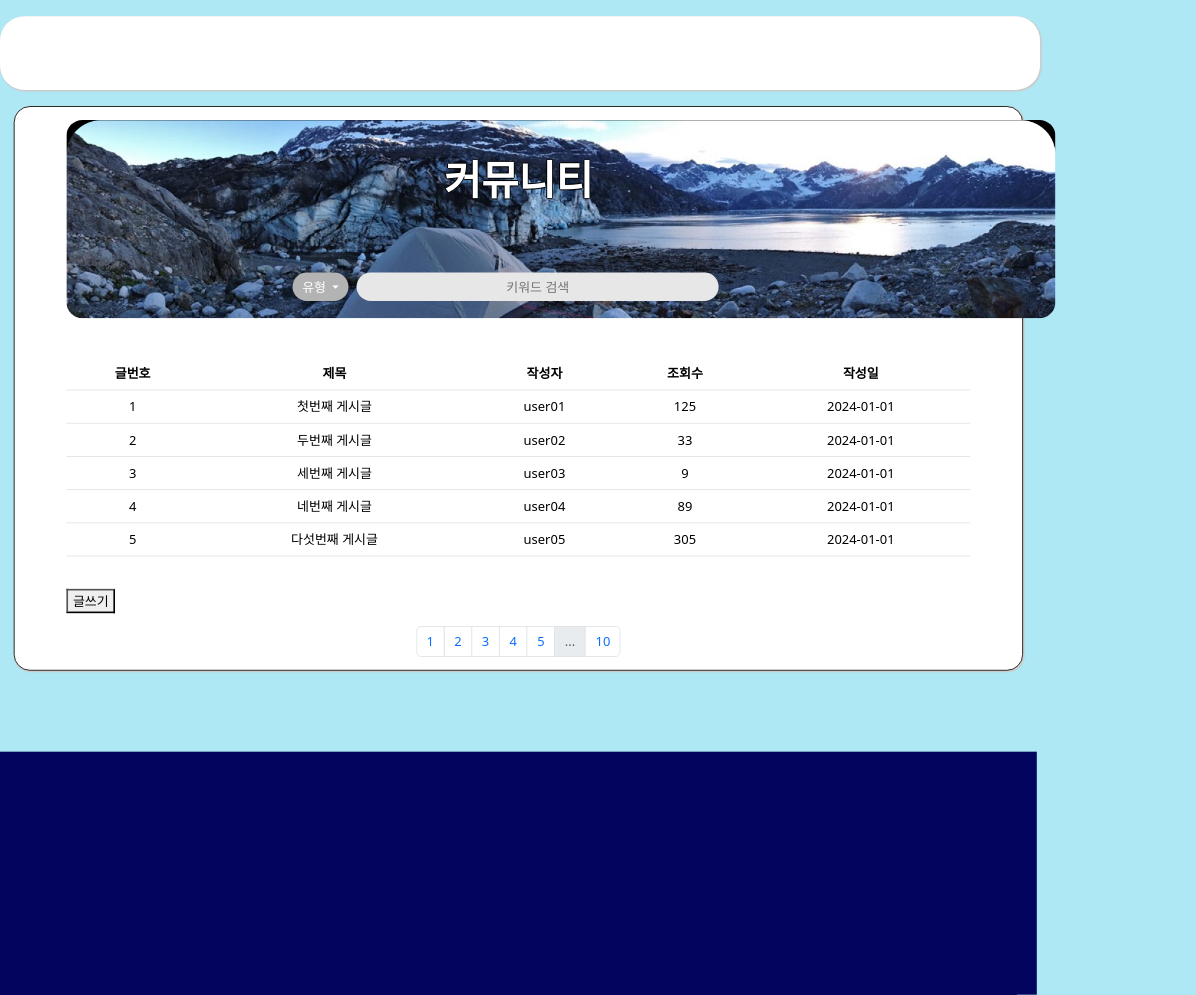
Repository: KimMJ0964/jsp
Page: http://localhost/Trafi/views/community/communityMain.jsp
An editor plug-in stored every save of this project. The page is shown before and after the next save, followed by the edit.
The browser window is 1280 px wide. The page is 1477 px wide, so the pictures cover 1477 px, including what lies to the right of the window. The pictures show the whole page, at 81% of full size.
The page is served by Tomcat 9.

Above is the page before, as saved 2024-09-19 08:06:31.

After the next save:
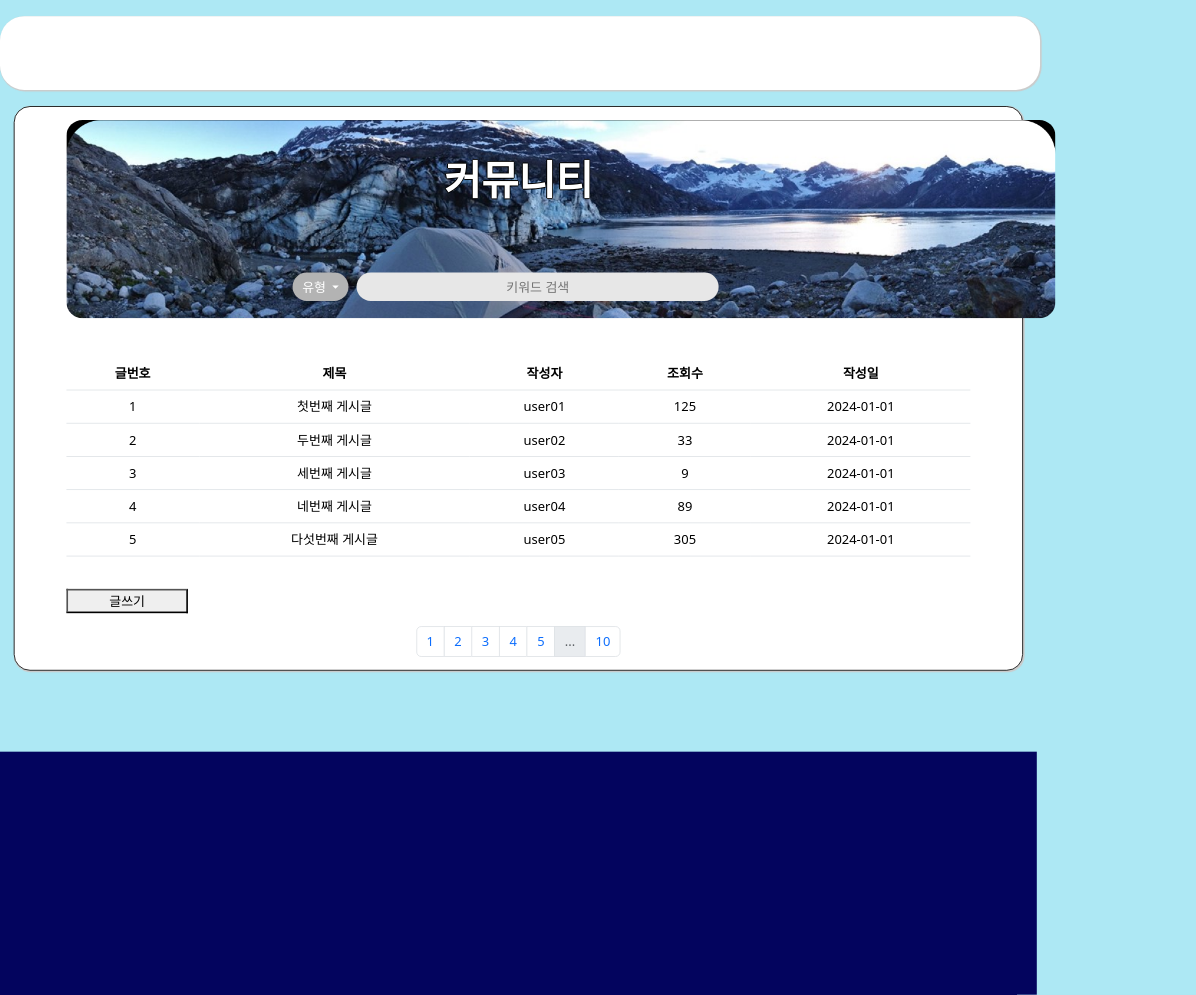
Saved 9 s later.
--- a/Trafi/src/main/webapp/views/community/communityMain.jsp
+++ b/Trafi/src/main/webapp/views/community/communityMain.jsp
@@ -147,7 +147,7 @@
             border-radius: 20px;
         }
 
-        .createBoardBtn {
+        #createBoardBtn {
         	width: 150px;
         }
 
